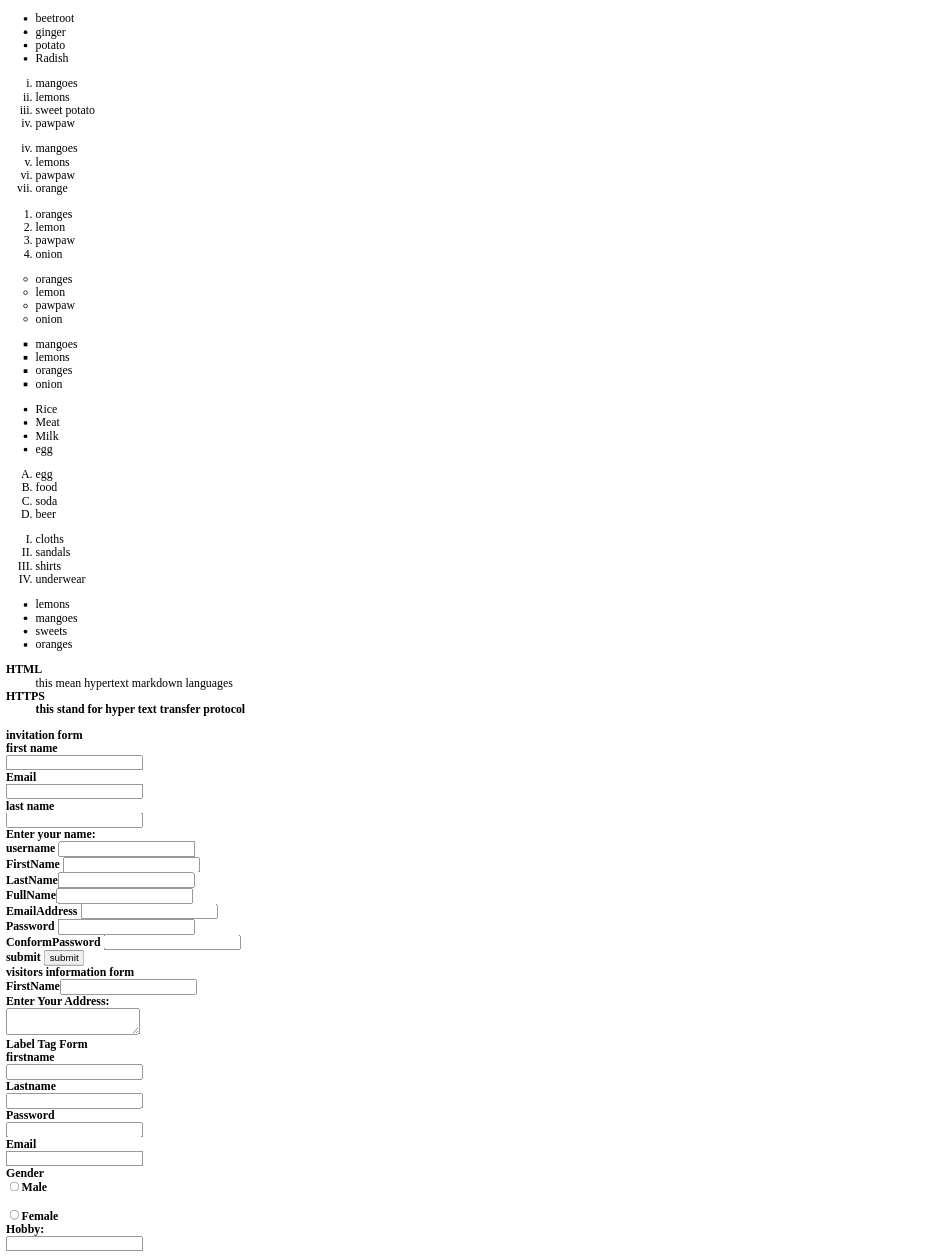
Repository: Okwahi/first--code-lessons
Page: Rinato.html
These files come from the project's save history. The page is drawn as it stood at one moment and after a run of saves; the edit follows.
The browser window is 1280 px wide. The pictures show the whole page, at 74% of full size.

Above is the page before, as saved 2023-03-09 14:02:23.

### Rinato.html
<!DOCTYPE html>
<html lang="en">
<head>
    <meta charset="UTF-8">
    <meta http-equiv="X-UA-Compatible" content="IE=edge">
    <meta name="viewport" content="width=device-width, initial-scale=1.0">
    <title>Document</title>
    <link rel="stylesheet" href="/Rinato.css">
</head>
<body>
    <ul type="triangle">
        <li>beetroot</li>
        <li>ginger</li>
        <li>potato</li>
        <li>Radish</li>
    </ul>
    <ol type="i">
        <li> mangoes</li>
        <li>lemons</li>
        <li>sweet potato</li>
        <li>pawpaw</li>

    </ol>
    <ol type="i" start="4">
        <li>mangoes</li>
        <li>lemons</li>
        <li>pawpaw</li>
        <li>orange</li>
    </ol>
    <ol type="1">
        <li>oranges</li>
        <li>lemon</li>
        <li>pawpaw</li>
        <li>onion</li>
    </ol>
    <ul type="circle">
        <li>oranges</li>
            <li>lemon</li>
            <li>pawpaw</li>
            <li>onion</li>
    </ul>
    <ul type="square">
        <li>mangoes</li>
        <li>lemons</li>
        <li>oranges</li>
        <li>onion</li>
    </ul>
    <ul type="rectangle">
        <li>Rice</li>
        <li>Meat</li>
        <li>Milk</li>
        <li>egg</li>
    </ul>
    <ol type="A">
        <li>egg</li>
        <li>food</li>
        <li>soda</li>
        <li>beer</li>
    </ol>
    <ol type="I">
        <li>cloths</li>
        <li>sandals</li>
        <li>shirts</li>
        <li>underwear</li>
    </ol>
    <ul type="oval">
        <li>lemons</li>
        <li>mangoes</li>
        <li>sweets</li>
        <li>oranges</li>
    </ul>
    <dl>
        <dt><HTML><b>HTML</b></HTML></dt>
        <dd>this mean hypertext markdown languages</dd>
        <dt><b>HTTPS<b></b></dt>
        <dd> this stand for hyper text transfer protocol</dd>
    </dl>

    <form action=""> invitation form <br>
        <label for="first name"> first name</label><br>
        <input type="text" id="first name" name="first name"><br>
        <label for="Email">Email</label><br>
        <input type="Email" id="Email" name="Email"><br>
        <label for="last name">last name</label><br>
        <input type="text" id="last name"><br>
        <form>
            Enter your name: <br>
           username <input type="text" name="username"> <br>
           FirstName <input type="text" name="FirstName"> <br>
            LastName<input type="text" name="LastName"> <br>
            FullName<input type="text" name="FullName"> <br>
          EmailAddress  <input type="Email" name="EmailAddress"> <br>
           Password <input type="Password" name="Password"> <br>
           ConformPassword <input type="Password" name="ConformPassword"> <br>
           submit <button>
            submit
           </button>
           <div>

            <form action="">visitors information form </form> <br>
            FirstName<input type="text" name="FirstName">
           </div>
           <form>
                Enter Your Address: <br>
                <textarea rows="2" cols="20"></textarea>
            </form>
            <form action="">Label Tag Form <br>
                <label for="firstname">firstname</label> <br>
                <input type="text" id="Firstname" name="firstname"> <br>
                <label for="Lastname">Lastname</label> <br>
                <input type="Lastname" id="Lastname" name="Lastname"> <br>
                <label for="Password">Password</label> <br>
                <input type="password" id="Password" name="Password"> <br>
                <label for="Email">Email</label> <br>
                <input type="Email" id="Email" name="Email"> <br>
                <label for="Gender">Gender</label> <br>
                <input type="radio" id="Gender" name="Gender" value="Male"/>Male <br>
                <label for="Gender"></label> <br>
                <input type="radio" id="Gender" name="Gender" value="Female"/>Female <br>
                <form>
                    Hobby: <br>
                    <input type="che" name="" id="">

                </form>



            </form>





        </form>
    </form>

Loaded but not shown: Rinato.css (common file)

After the next 2 saves:
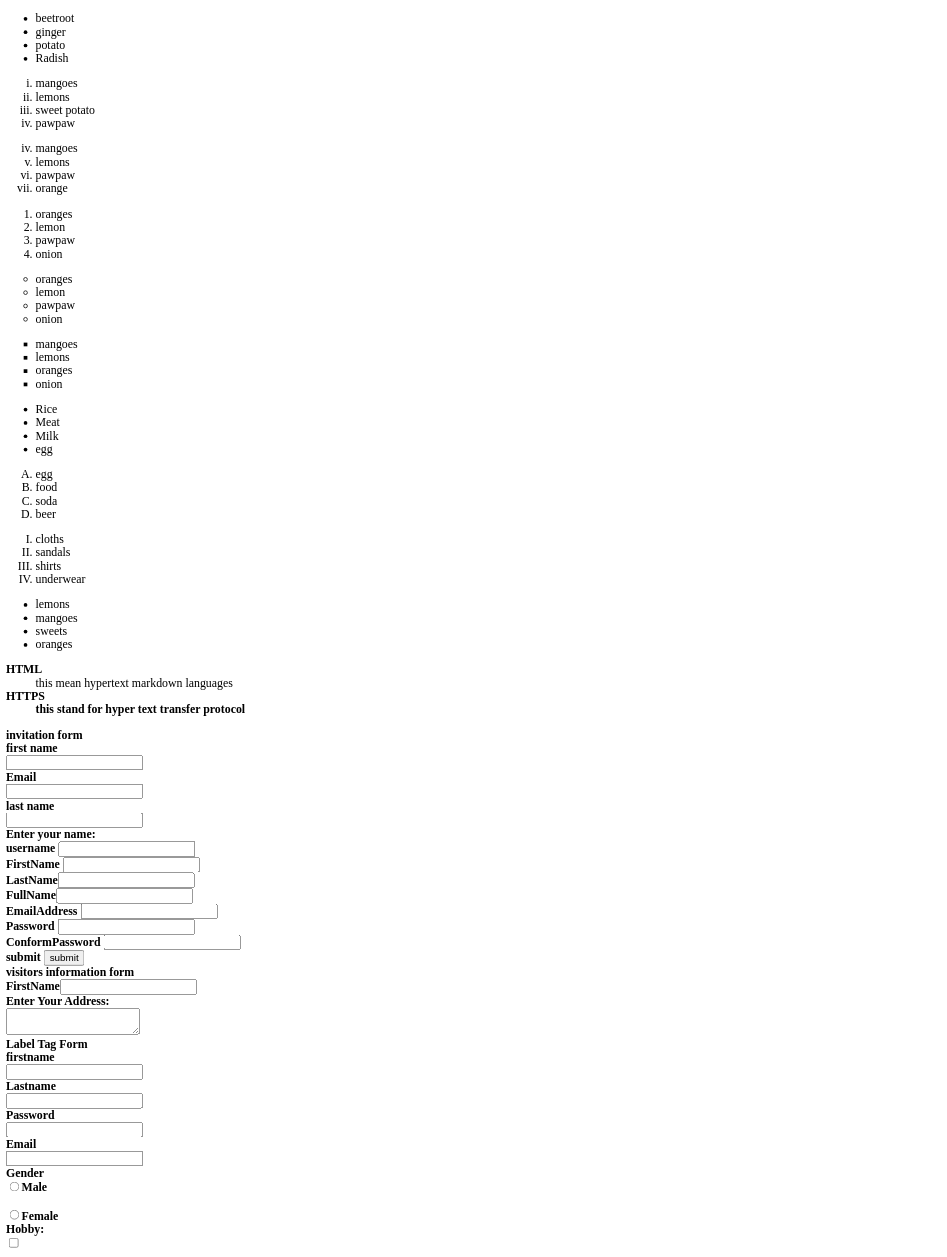
The 2 saves are shown as one change because they came seconds apart.
The last was saved 8 s later.
--- a/Rinato.html
+++ b/Rinato.html
@@ -119,7 +119,7 @@
                 <input type="radio" id="Gender" name="Gender" value="Female"/>Female <br>
                 <form>
                     Hobby: <br>
-                    <input type="che" name="" id="">
+                    <input type="checkbox" name="" id="">
 
                 </form>
 
